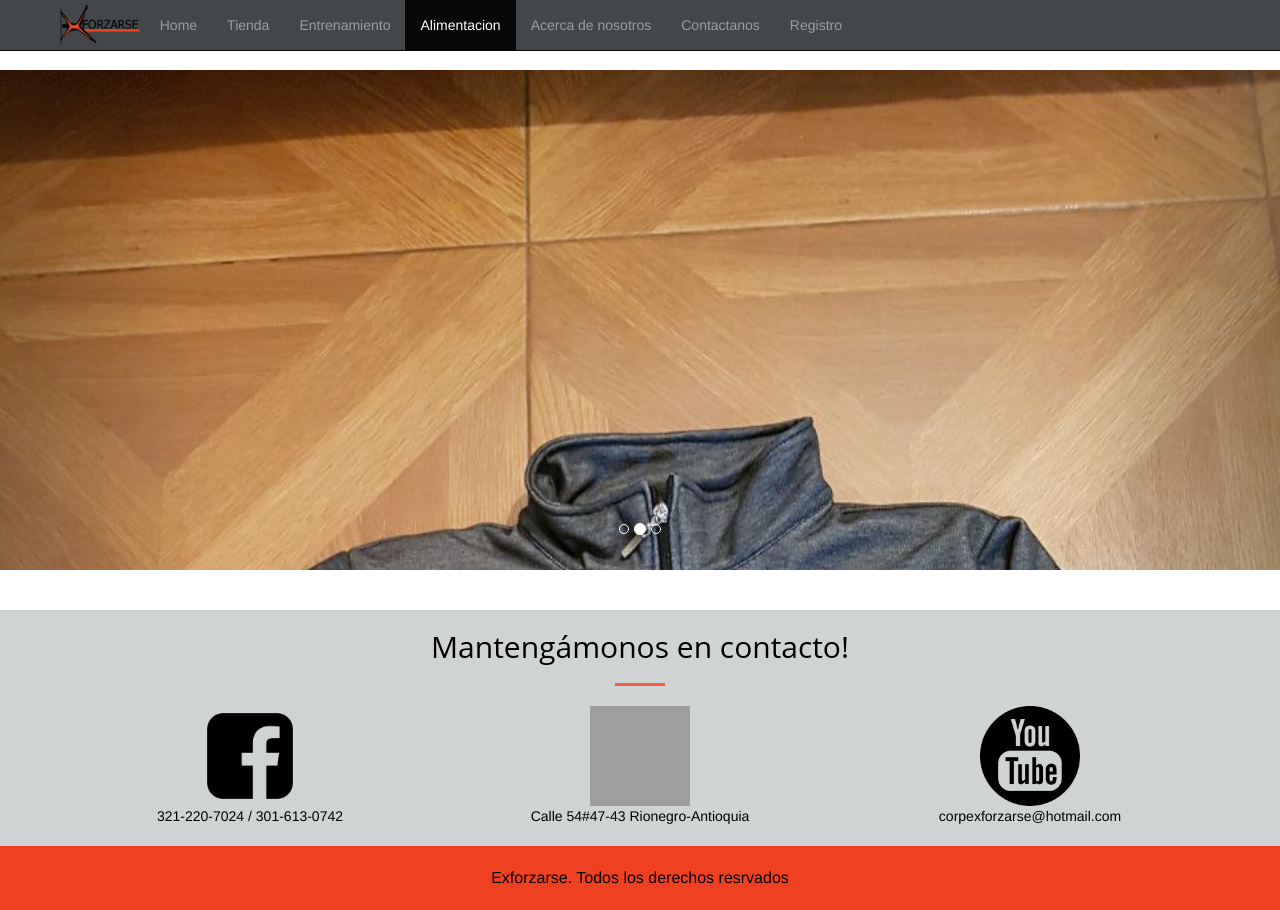
Repository: mahc36/exforzarse
Page: Exforzarse/WebContent/paginas/dietas.html
An editor plug-in stored every save of this project. The page is shown before and after the next save, followed by the edit.
The browser window is 1280 px wide. The pictures show the whole page.
Pictures or frames that could not be fetched are drawn as grey boxes. Some web libraries are served in a nearby version.

Above is the page before, as saved 2017-08-19 16:08:51.

After the next save:
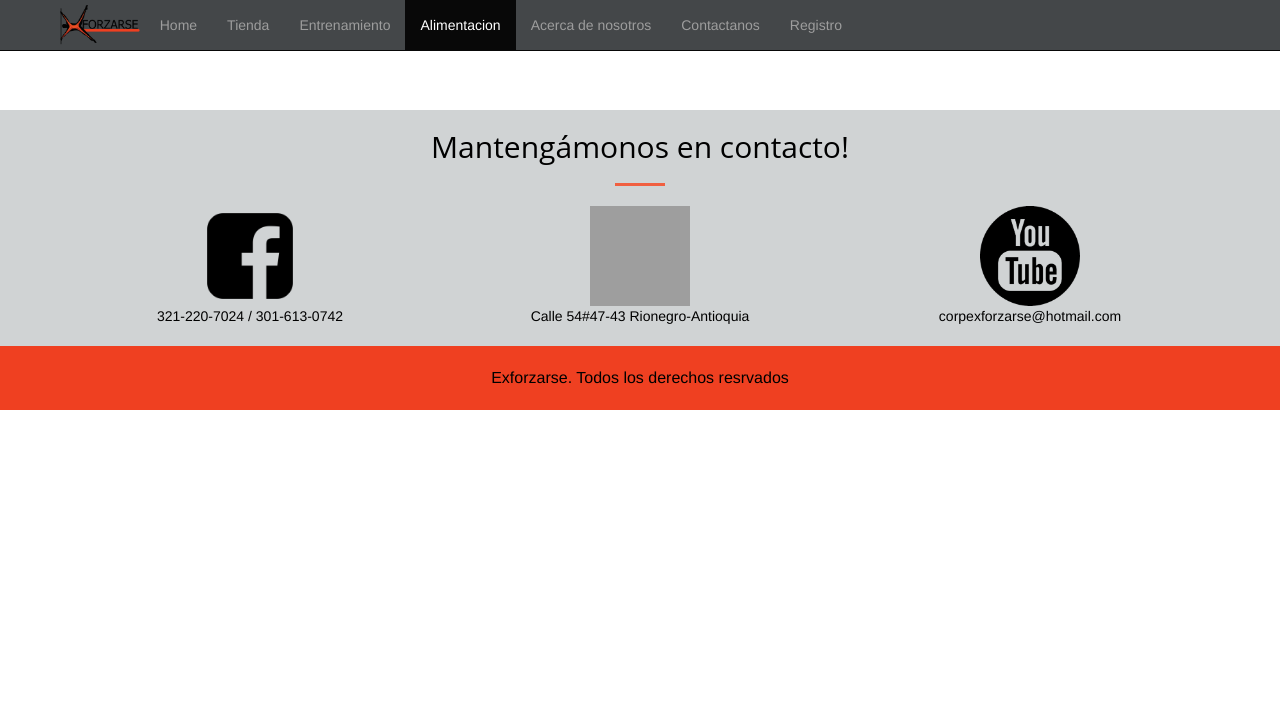
Saved 5 min 55 s later.
--- a/Exforzarse/WebContent/paginas/dietas.html
+++ b/Exforzarse/WebContent/paginas/dietas.html
@@ -53,45 +53,6 @@
         </div>
     </nav>
 
-    <div id="puto" class="carousel slide" data-interval="3000" data-ride="carousel">
-      <!-- Carousel indicators -->
-      <ol class="carousel-indicators">
-        <li data-target="#puto" data-slide-to="0" class="active"></li>
-        <li data-target="#puto" data-slide-to="1"></li>
-        <li data-target="#puto" data-slide-to="2"></li>
-      </ol>
-      <!-- Carousel items -->
-      <div class="carousel-inner">
-        <div class="item active">
-          <img src="../img/fotosTiendaExforzarse/chompa1-1.jpg" alt="First Slide">
-          <div class="carousel-caption">
-            <h3>Título de la primera diapositiva</h3>
-            <p>Contenido de la diapositiva</p>
-          </div>
-        </div>
-        <div class="item">
-          <img src="../img/fotosTiendaExforzarse/chompa1-1.jpg" alt="Second Slide">
-          <div class="carousel-caption">
-            <h3>Título de la segunda diapositiva</h3>
-            <p>Contenido de la diapositiva</p>
-          </div>
-        </div>
-        <div class="item">
-          <img src="../img/fotosTiendaExforzarse/chompa1-1.jpg" alt="Third Slide">
-          <div class="carousel-caption">
-            <h3>Título de la tercera diapositiva</h3>
-            <p>Contenido de la diapositiva</p>
-          </div>
-        </div>
-      </div>
-      <!-- Carousel nav -->
-      <a class="carousel-control left" href="#puto" data-slide="prev">
-      </a>
-      <a class="carousel-control right" href="#puto" data-slide="next">
-      </a>
-    </div>
-
-
     <br><br>
     <footer style="background-color: #D0D3D4;">
     <br>
